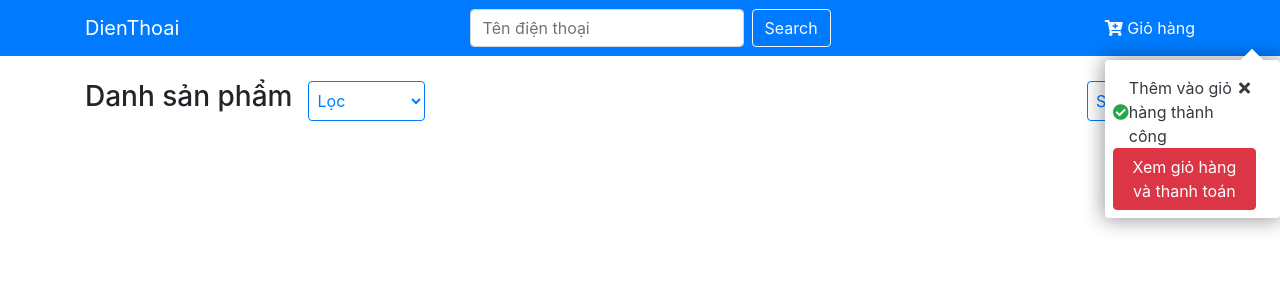
Repository: dovanthao2404/BC14_Bai_Tap_Ban_Dien_Thoai_dovanthao
Page: app/views/index.html
The author's editor kept a copy of each file at every save. The page is drawn from the files as they stood at one save, then again after the next save.
The browser window is 1280 px wide. The pictures show the whole page.
Some web libraries are served in a nearby version. The style sheet was rebuilt from its Sass, Less or Tailwind sources for each picture, by a compiler version that may differ from the author's.

Above is the page before, as saved 2021-08-14 16:45:34.
Console error (its wording comes from the project's code and is left out).

### app/views/index.html
<!DOCTYPE html>
<html lang="en">

<head>
  <meta charset="UTF-8">
  <meta http-equiv="X-UA-Compatible" content="IE=edge">
  <meta name="viewport" content="width=device-width, initial-scale=1.0">
  <title>Dien Thoai Xin</title>




  <!-- FONT AWESOME -->
  <link rel="stylesheet" href="https://cdnjs.cloudflare.com/ajax/libs/font-awesome/5.15.4/css/all.min.css"
    integrity="sha512-1ycn6IcaQQ40/MKBW2W4Rhis/DbILU74C1vSrLJxCq57o941Ym01SwNsOMqvEBFlcgUa6xLiPY/NS5R+E6ztJQ=="
    crossorigin="anonymous" referrerpolicy="no-referrer" />

  <!-- GOOGLE FONTS -->

  <link rel="preconnect" href="https://fonts.googleapis.com">
  <link rel="preconnect" href="https://fonts.gstatic.com" crossorigin>
  <link
    href="https://fonts.googleapis.com/css2?family=Roboto:ital,wght@0,300;0,400;0,700;1,300;1,400;1,700&display=swap"
    rel="stylesheet">

  <!-- B4 -->
  <link rel="stylesheet" href="https://cdn.jsdelivr.net/npm/bootstrap@4.6.0/dist/css/bootstrap.min.css"
    integrity="sha384-B0vP5xmATw1+K9KRQjQERJvTumQW0nPEzvF6L/Z6nronJ3oUOFUFpCjEUQouq2+l" crossorigin="anonymous">

  <!-- MAIN CSS -->
  <link rel="stylesheet" href="../../assets/css/main.css">
</head>

<body>
  <header class="fixed-top">
    <nav class="navbar navbar-dark bg-primary">
      <div class="container">

        <a href="#" class="navbar-brand">
          DienThoai
        </a>
        <form class="form-inline my-2 my-lg-0">
          <input id="valueSearch" class="form-control mr-sm-2" type="search" placeholder="Tên điện thoại"
            aria-label="Search">
          <button id="btnSearch" class="btn btn-outline-light my-2 my-sm-0" type="button">Search</button>
        </form>
        <div class="phone-cart">
          <a href="cart.html" class="text-light position-relative">
            <i class="fa fa-cart-plus"></i> Giỏ hàng


            <div class="notifiSuccess pb-2 pt-3 pl-2 pr-4 bg-white rounded">
              <i class="fa fa-times icon-close text-dark"></i>
              <div class="d-flex align-items-center">
                <i class="fa fa-check-circle text-success"></i>
                <p class="text-dark m-0">Thêm vào giỏ hàng thành công</p>
              </div>
              <a href="cart.html" class="btn btn-danger w-100 d-block">Xem giỏ hàng và thanh toán</a>

            </div>
          </a>

        </div>
      </div>
    </nav>

  </header>

  <section class="phone-product">
    <div class="container">
      <div id="listAll-type">
        <div class="phone-title">
          <div class="d-flex justify-content-between align-items-center my-3">
            <div class="d-flex align-items-center">
              <h3 class="mr-3">
                Danh sản phẩm
              </h3>
              <div>
                <select class="phone-select" name="" id="phoneType">
                  <option value="">Lọc</option>
                  <option value="Samsung">Samsung</option>
                  <option value="Iphone">Iphone</option>
                </select>

              </div>
            </div>
            <div class="sort-name">
              <select class="phone-select" name="" id="sortPhone">
                <option value="">Sắp xếp</option>
                <option value="a">A - Z</option>
                <option value="z">Z - A</option>
              </select>
            </div>
          </div>
        </div>
        <div class="phone-list">
          <div class="row" id="listPhoneView">

          </div>
        </div>
      </div>
    </div>
    </div>
  </section>


  <!-- B4 -->
  <script src="https://code.jquery.com/jquery-3.5.1.slim.min.js"
    integrity="sha384-DfXdz2htPH0lsSSs5nCTpuj/zy4C+OGpamoFVy38MVBnE+IbbVYUew+OrCXaRkfj"
    crossorigin="anonymous"></script>
  <script src="https://cdn.jsdelivr.net/npm/bootstrap@4.6.0/dist/js/bootstrap.bundle.min.js"
    integrity="sha384-Piv4xVNRyMGpqkS2by6br4gNJ7DXjqk09RmUpJ8jgGtD7zP9yug3goQfGII0yAns"
    crossorigin="anonymous"></script>


  <!-- AXIOS -->
  <script src="https://cdnjs.cloudflare.com/ajax/libs/axios/0.21.1/axios.min.js"
    integrity="sha512-bZS47S7sPOxkjU/4Bt0zrhEtWx0y0CRkhEp8IckzK+ltifIIE9EMIMTuT/mEzoIMewUINruDBIR/jJnbguonqQ=="
    crossorigin="anonymous" referrerpolicy="no-referrer"></script>

  <script type="module" src="./../controllers/main.js"></script>
</body>

</html>

### app/controllers/main.js
import Phone from "./../models/Phone.js"
import ListPhone from "./../models/ListPhone.js"


var listProductInCart = JSON.parse(localStorage.getItem("listProductInCart")) || [];



let getEle = (id) => {
  return document.getElementById(id)
}

let listPhone = new ListPhone();


let renderView = (arr) => {
  let html = ""
  arr.forEach((phone) => {
    html += `
    <div class="col-3 mb-3">
    <div class="card overflow-hidden h-100">
      <img
        src="${phone.img}"
        alt="" class="card-img-top">
      <div class="card-body">
        <h4 class=card-title>
        ${phone.name}
        </h4>
        <p class="card-text">${phone.desc}</p>
        </div>
        <div class="card-footer">
        <a data-action="add"  data-phone=${phone.id} class="btn btn-primary w-100">Cart</a>
        </div>
    </div>
  </div>
    `
  })
  getEle("listPhoneView").innerHTML = html

}

let fetchData = () => {
  listPhone
    .getListPhoneApi()
    .then((resp) => {
      renderView(resp.data)
    })
    .catch((err) => {
      console.log(err)
    })
}

fetchData()

let filterType = (phoneType, type) => {
  return listPhone
    .getListPhoneApi()
    .then((resp) => {
      let data = resp.data;
      data.forEach((phone) => {
        if (phone.type === type) {
          phoneType.push(phone);
        }
      })
      renderView(phoneType)
      return phoneType;
    })
    .catch((err) => {
      console.log(err)
    })
}

let sortPhone = (arr, valueSort) => {
  for (let i = 0; i < arr.length; i++) {
    for (let j = i; j < arr.length; j++) {
      if (valueSort === 1) {
        if (arr[i].name < arr[j].name) {
          let temp = arr[i];
          arr[i] = arr[j]
          arr[j] = temp;
        }
      } else {
        if (arr[i].name > arr[j].name) {
          let temp = arr[i];
          arr[i] = arr[j]
          arr[j] = temp;
        }
      }
    }
  }
  renderView(arr)
}


let delegationSelect = () => {
  let phoneType = [];
  let type = getEle("phoneType").value;
  let dataSort = getEle("sortPhone").value;

  if (type && dataSort) {

    if (dataSort === "a") {
      filterType(phoneType, type)
        .then((phoneType) => {
          sortPhone(phoneType, 1);
        })
    } else {
      filterType(phoneType, type)
        .then((phoneType) => {
          sortPhone(phoneType, 0);
        })
    }

  } else if (type && !dataSort) {

    filterType(phoneType, type);

  } else if (!type && dataSort) {

    if (dataSort === "a") {
      listPhone.getListPhoneApi()
        .then((resp) => {
          sortPhone(resp.data, 1);
        })
        .catch((err) => {
          console.log(err);
        })
    } else {
      listPhone.getListPhoneApi()
        .then((resp) => {
          sortPhone(resp.data, 0);
        })
        .catch((err) => {
          console.log(err);
        })
    }

  } else {
    fetchData()
  }
}

getEle("phoneType").addEventListener("change", delegationSelect)
getEle("sortPhone").addEventListener("change", delegationSelect)

const handleSearch = () => {
  let nameSort = getEle("valueSearch").value;
  nameSort = nameSort.toLowerCase().trim();
  listPhone.getListPhoneApi()
    .then((resp) => {
      let listPhone = resp.data;
      let listPhoneSearch = listPhone.filter((phone) => {
        return phone.name.toLowerCase().includes(nameSort);
      })
      renderView(listPhoneSearch);
    })
    .catch((err) => {
      console.log(err)
    })

}

getEle("btnSearch").addEventListener("click", handleSearch);




const delegationListPhoneView = (e) => {
  if (e.target.getAttribute("data-action") === "add") {
    let id = e.target.getAttribute("data-phone");

    listPhone.getPhoneById(id)
      .then((resp) => {
        let count = 0;
        for (let i = 0; i < listProductInCart.length; i++) {

          if (listProductInCart[i].id === id) {
            listProductInCart[i].quantity += 1;
            localStorage.setItem("listProductInCart", JSON.stringify(listProductInCart));
            count++;
          }

        }

        if (count === 0) {
          let phone = { ...resp.data }
          phone.quantity = 1;
          listProductInCart.push(phone);
          localStorage.setItem("listProductInCart", JSON.stringify(listProductInCart));

        }
      })
      .catch((err) => {
        console.log(err)
      })


  }
}


getEle("listPhoneView").addEventListener("click", delegationListPhoneView)

### app/models/Phone.js
class Phone {
  constructor({
    name,
    price,
    screen,
    backCamera,
    frontCamera,
    img,
    desc,
    type
  },) {
    this.name = name;
    this.price = price;
    this.screen = screen;
    this.backCamera = backCamera;
    this.frontCamera = frontCamera;
    this.img = img;
    this.desc = desc;
    this.type = type;
  }

}

### app/models/ListPhone.js
export default class ListPhone {
  getListPhoneApi() {
    return axios({
      url: "https://6113ecdacba40600170c1d10.mockapi.io/api/phone",
      method: "GET",
    });
  }

  getPhoneById(id) {
    return axios({
      url: `https://6113ecdacba40600170c1d10.mockapi.io/api/phone/${id}`,
      method: "GET",
    });
  }

}

//  MỚi ăn xong

### assets/scss/main.scss
.phone-product {
  margin-top: 80px;
}
.phone-select {
  padding: 8px 20px 8px 4px;
  border-color: #007bff;
  color: #007bff;
  border-radius: 4px;
  background: transparent;
  outline: none;
  cursor: pointer;
  transition: all 0.5s;
  &:hover {
    background-color: #007bff;
    color: white;
  }
  option {
    display: block;
    background-color: white;
    color: #000;
  }
}
.notifiSuccess {
  position: absolute;
  top: 60px;
  box-shadow: 0 0 20px 2px rgba(0, 0, 0, 0.4);
  &:before {
    content: "";
    position: absolute;
    display: block;
    width: 16px;
    height: 16px;
    background-color: #fff;
    transform: rotate(45deg);
    top: -8px;
    right: 20px;
  }

  .icon-close {
    position: absolute;
    right: 6px;
    top: 4px;
    cursor: pointer;
  }
}

After the next save:
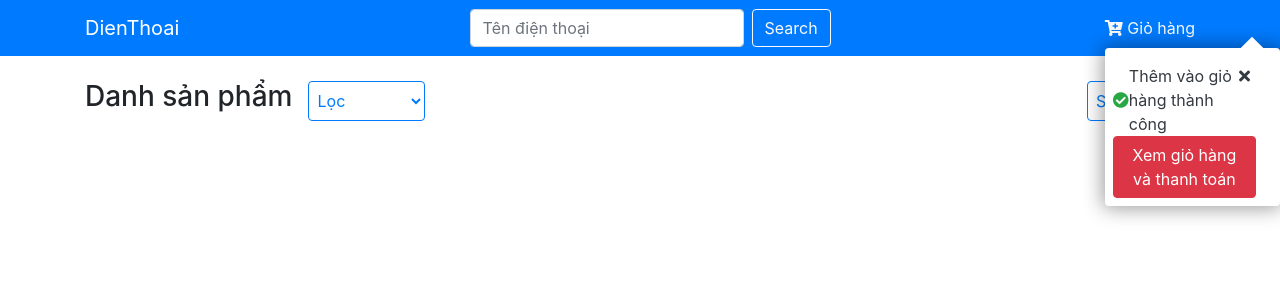
Saved 44 s later.
--- a/assets/scss/main.scss
+++ b/assets/scss/main.scss
@@ -22,7 +22,7 @@
 }
 .notifiSuccess {
   position: absolute;
-  top: 60px;
+  top: 48px;
   box-shadow: 0 0 20px 2px rgba(0, 0, 0, 0.4);
   &:before {
     content: "";
